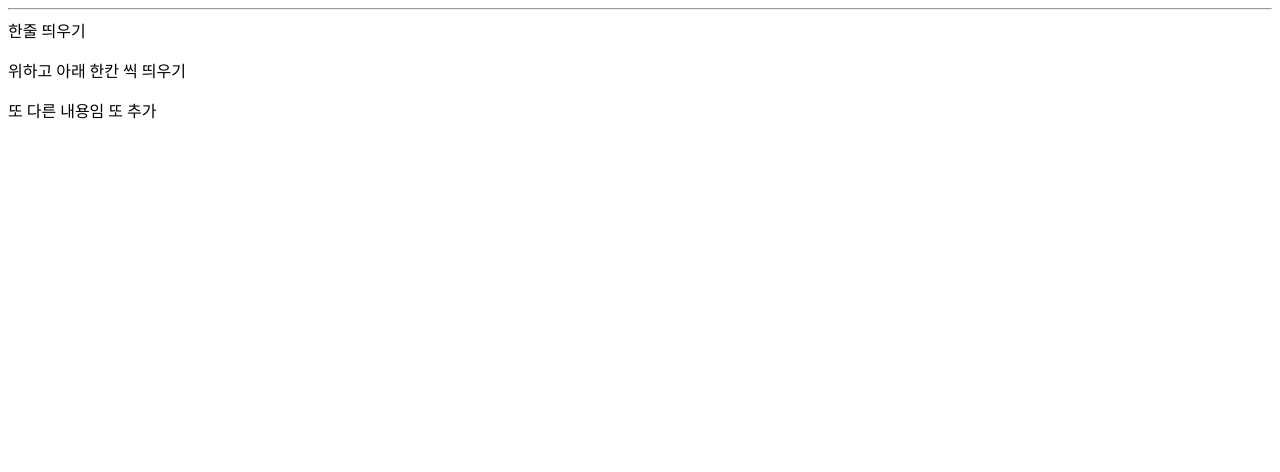
Repository: sika5382/jsp
Page: html/WebContent/NewFile.html
The author's editor kept a copy of each file at every save. The page is drawn from the files as they stood at one save, then again after the next save.
The browser window is 1280 px wide. The pictures show the whole page.

Above is the page before, as saved 2020-10-29 05:10:13.

### html/WebContent/NewFile.html
<!DOCTYPE html>
<html>
<head>
<meta charset="UTF-8">
<title>Insert title here</title>
</head>
<!--
<body text="white" bgcolor='black'>
	 -->
<body>

<hr>
	 한줄 띄우기 <br>
	<p>위하고 아래 한칸 씩 띄우기 </p>

		 <!-- html 주석 -->
	또 다른 내용임
	또 추가
</body>
</html>

After the next save:
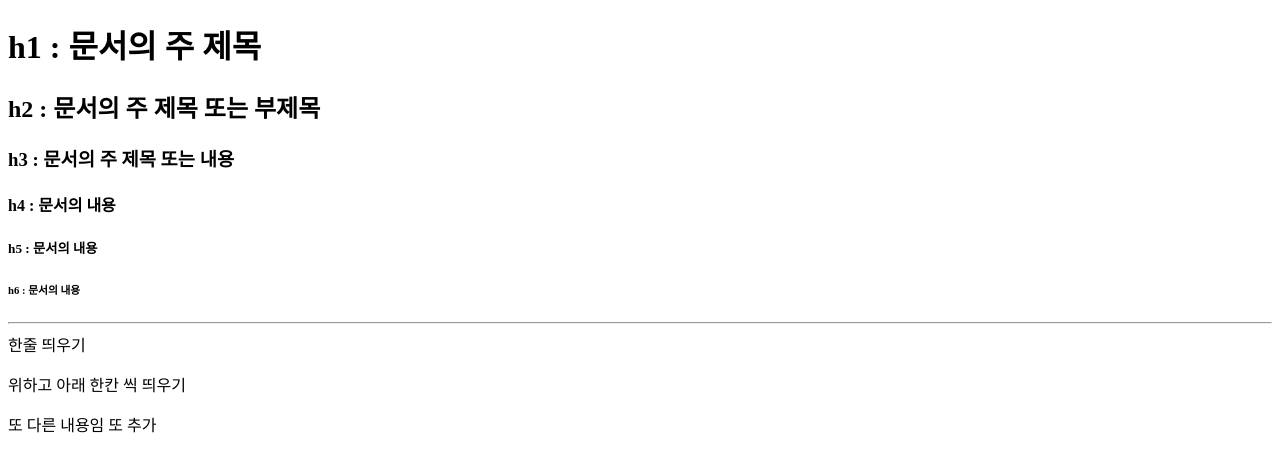
Saved 82 s later.
--- a/html/WebContent/NewFile.html
+++ b/html/WebContent/NewFile.html
@@ -8,6 +8,12 @@
 <body text="white" bgcolor='black'>
 	 -->
 <body>
+<h1> h1 : 문서의 주 제목</h1>
+<h2> h2 : 문서의 주 제목 또는 부제목</h2>
+<h3> h3 : 문서의 주 제목 또는 내용</h3>
+<h4> h4 : 문서의 내용</h4>
+<h5> h5 : 문서의 내용</h5>
+<h6> h6 : 문서의 내용</h6>
 
 <hr>
 	 한줄 띄우기 <br>
